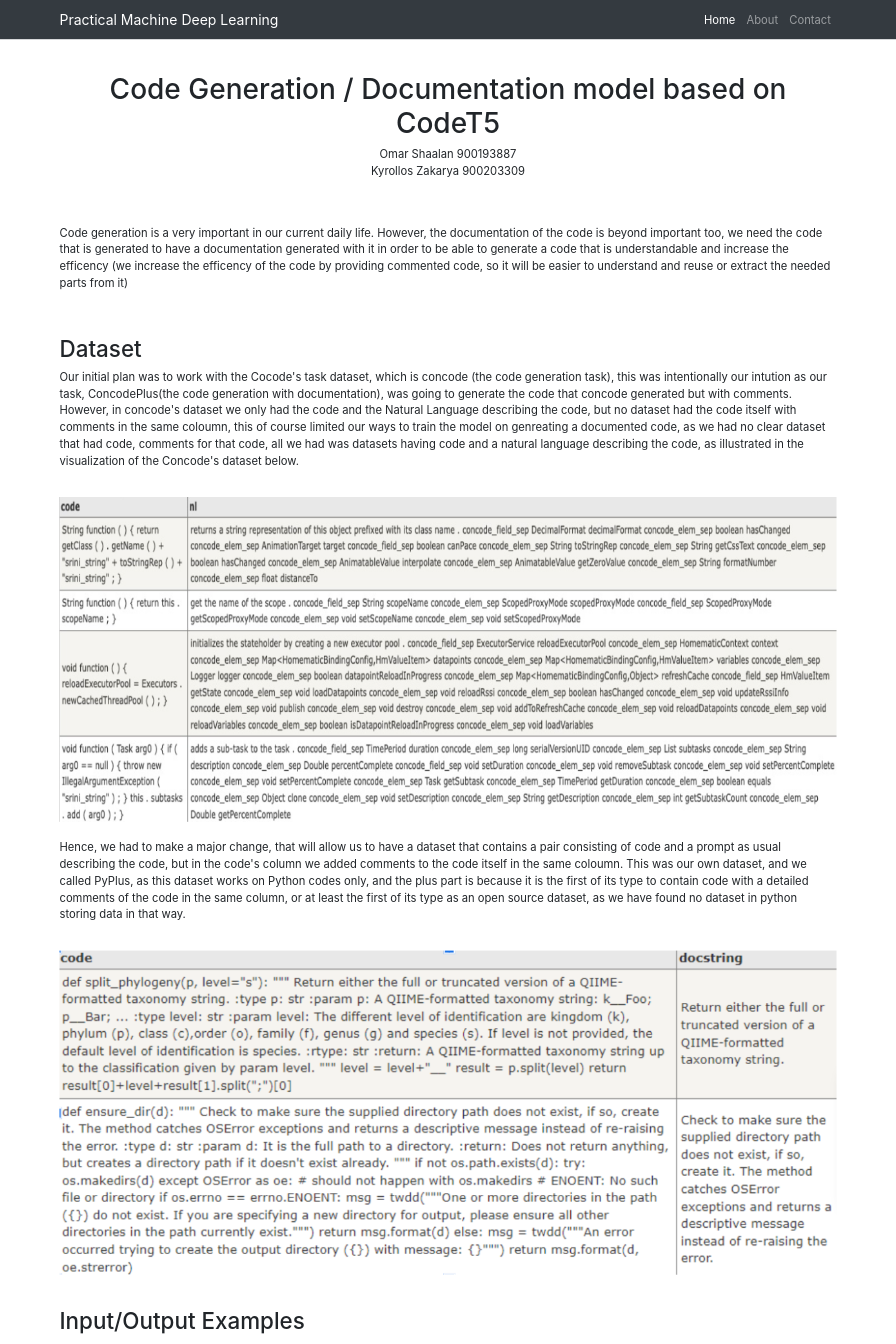
Repository: Shaalan-omar/ConcodePlus
Page: team-specific/index.html
The author's editor kept a copy of each file at every save. The page is drawn from the files as they stood at one save, then again after the next save.
The browser window is 1280 px wide. The pictures show the part of the page from y = 0 to 1920 px (the page is 7593 px tall), at 70% of full size.

Above is the page before, as saved 2023-05-14 00:50:51.

### team-specific/index.html
<!DOCTYPE html>
<html lang="en">

<head>

  <meta charset="utf-8">
  <meta name="viewport" content="width=device-width, initial-scale=1, shrink-to-fit=no">
  <meta name="description" content="">
  <meta name="author" content="">

  <title>Code Generation / Documentation model based on CodeT5</title>

  <!-- Bootstrap core CSS -->
  <link href="../vendor/bootstrap/css/bootstrap.min.css" rel="stylesheet">

</head>

<body>

  <!-- Navigation -->
  <nav class="navbar navbar-expand-lg navbar-dark bg-dark static-top">
    <div class="container">
      <a class="navbar-brand" href="../home.html">Practical Machine Deep Learning</a>
      <button class="navbar-toggler" type="button" data-toggle="collapse" data-target="#navbarResponsive" aria-controls="navbarResponsive" aria-expanded="false" aria-label="Toggle navigation">
        <span class="navbar-toggler-icon"></span>
      </button>
      <div class="collapse navbar-collapse" id="navbarResponsive">
        <ul class="navbar-nav ml-auto">
          <li class="nav-item active">
            <a class="nav-link" href="../home.html">Home
              <span class="sr-only">(current)</span>
            </a>
          </li>
          <li class="nav-item">
            <a class="nav-link" href="../about.html">About</a>
          </li>
          <li class="nav-item">
            <a class="nav-link" href="../contact.html">Contact</a>
          </li>
        </ul>
      </div>
    </div>
  </nav>

  <!-- Page Content -->
  <div class="container">
    <div class="row">
      <div class="col-lg-12 text-center">
        <h1 class="mt-5">Code Generation / Documentation model based on CodeT5</h1>
        <ul class="list-unstyled">
          <li>Omar Shaalan 900193887</li>
          <li>Kyrollos Zakarya 900203309</li>
        </ul>
      </div>
    </div>


    <div class="row">
      <div class="col-lg-12 text-left">
        <h2 class="mt-5"></h2>
		<p>
			Code generation is a very important in our current daily life. However, the documentation of the code is beyond important too,
      we need the code that is generated to have a documentation generated with it in order to be able to generate a code that is understandable
      and increase the efficency (we increase the efficency of the code by providing commented code, so it will be easier to understand and reuse or extract the
       needed parts from it)
		</p>
      </div>
    </div>

    <div class="row">
      <div class="col-lg-12 text-left">
        <h2 class="mt-5">Dataset</h2>

        <p>
			Our initial plan was to work with the Cocode's task dataset, which is concode (the code generation task), this was intentionally our intution
      as our task, ConcodePlus(the code generation with documentation), was going to generate the code that concode generated but with comments. However,
      in concode's dataset we only had the code and the Natural Language describing the code, but no dataset had the code itself with comments in the same coloumn,
      this of course limited our ways
      to train the model on genreating a documented code, as we had no clear dataset that had code, comments for that code, all we had was datasets having code and
      a natural language describing the code, as illustrated in the visualization of the Concode's dataset below.
    </p>
    <br/> <!-- Empty Line before the image -->
    <div class="img-container" align="center"> <!-- Block parent element -->
        <img src="resources/images/concode.png" class="img-fluid text-center">
    </div>
    <br/> <!-- Empty Line after the image -->
<p>
  Hence, we had to make a major change, that will allow us to have a dataset that contains a pair consisting of code and a prompt as usual describing
      the code, but in the code's column we added comments to the code itself in the same coloumn.
      This was our own dataset, and we called PyPlus, as this dataset works on Python codes only, and the plus part is because it is the first of its
      type to contain code with a detailed comments of the code in the same column, or at least the first
      of its type as an open source dataset, as we have found no dataset in python storing data in that way.
</p>
<br/> <!-- Empty Line before the image -->
<div class="img-container" align="center"> <!-- Block parent element -->
    <img src="resources/images/dataset.png" class="img-fluid text-center">
</div>

      </div>
    </div>

    <div class="row">
      <div class="col-lg-12 text-left">
        <h2 class="mt-5">Input/Output Examples</h2>

        <h3>
			 Problem statement: -
        </h3>

		<br/> <!-- Empty Line before the image -->
	    <div class="img-container" align="center"> <!-- Block parent element -->
      		<img src="resources/images/Problem_Stat_1.png" class="img-fluid text-center">
    	</div>

    	<br/> <!-- Empty Line after the image -->

      <br/> <!-- Empty Line before the image -->
	    <div class="img-container" align="center"> <!-- Block parent element -->
      		<img src="resources/images/Problem_Stat_2.png" class="img-fluid text-center">
    	</div>

      <p class = "center">
        Feel the difference?
     </p>
     <br>
    </br>
    <h3>
      Output: -
    </h3>

      <br/> <!-- Empty Line before the image -->
	    <div class="img-container" align="center"> <!-- Block parent element -->
      		<img src="resources/images/output.png" class="img-fluid text-center">
    	</div>
    	<br/> <!-- Empty Line after the image -->
      </div>
    </div>


    <div class="row">
      <div class="col-lg-12 text-left">
        <h2 class="mt-5">State of the art (PARSEL)</h2>

        <p>
			SOTA models and their accuracies (tables are needed I believe):-
		</p>

		<br/> <!-- Empty Line before the image -->
	    <div class="img-container" align="center"> <!-- Block parent element -->
      		<img src="resources/images/parsel_1.png" class="img-fluid text-center">
    	</div>
    	<br/> <!-- Empty Line after the image -->

      <br/> <!-- Empty Line before the image -->
	    <div class="img-container" align="center"> <!-- Block parent element -->
      		<img src="resources/images/parsel_2.png" class="img-fluid text-center">
    	</div>
    	<br/> <!-- Empty Line after the image -->

      <br/> <!-- Empty Line before the image -->
	    <div class="img-container" align="center"> <!-- Block parent element -->
      		<img src="resources/images/parsel_3.png" class="img-fluid text-center">
    	</div>
    	<br/> <!-- Empty Line after the image -->
      </div>
    </div>

    <div class="row">
      <div class="col-lg-12 text-left">
        <h2 class="mt-5">Orignial Model from Literature LEFT LESA</h2>

        <p>
			Details about the model here, add your model images below
		</p>

		<br/> <!-- Empty Line before the image -->
	    <div class="img-container" align="center"> <!-- Block parent element -->
      		<img src="resources/images/model.png" class="img-fluid text-center">
    	</div>
    	<br/> <!-- Empty Line after the image -->
      </div>
    </div>

    <div class="row">
      <div class="col-lg-12 text-left">
        <h2 class="mt-5">Proposed Updates</h2>

        <p>
			Add all the model updates you made here, need as many images as you wish
		</p>

		<h5 class="mt-5">Update #1: Adding Reinforcement Learning</h5>
		<p>
			Give rewards when the generated documentation along with the code is correct and add negative rewards when the generation is not good.
		</p>
		<br/> <!-- Empty Line before the image -->
	    <div class="img-container" align="center"> <!-- Block parent element -->
      		<img src="resources/images/reinforcement.png" class="img-fluid text-center">
    	</div>
    	<br/> <!-- Empty Line after the image -->
      </div>
    </div>


    <div class="row">
      <div class="col-lg-12 text-left">
        <h2 class="mt-5">Results</h2>

        <p>
			LEFT lehad ma tet7asen Add your results here, add graphs and images to illustrate it.
			Compare your results to the original model and state of the art
		</p>

		<br/> <!-- Empty Line before the image -->
	    <div class="img-container" align="center"> <!-- Block parent element -->
      		<img src="resources/images/results.png" class="img-fluid text-center">
    	</div>
    	<br/> <!-- Empty Line after the image -->
      </div>
    </div>


    <div class="row">
      <div class="col-lg-12 text-left">
        <h2 class="mt-5">Technical report</h2>

        <p>
			LEft Here you will detail the details related to training, for example: Filled With KYRO
		</p>

	 	<ul>
		  <li>Programming framework</li>
		  <li>Training hardware i.e. colab or azure or anything else</li>
		  <li>Training time</li>
		  <li>Number of epochs</li>
		  <li>Time per epoch</li>
		  <li>Any other important detail or difficulties</li>
		</ul>
      </div>
    </div>

	<div class="row">
	  <div class="col-lg-12 text-left">
	    <h2 class="mt-5">Conclusion</h2>

	    <p>
			Conclusion and future work (including lessons learned and interesting findings
		</p>

	  </div>
	</div>

	<div class="row">
	  <div class="col-lg-12 text-left">
	    <h2 class="mt-5">References</h2>

	    <p>
	    	List all references here, the following are only examples
	    </p>

		<ol>
		  <li><a href="https://arxiv.org/pdf/2212.10561v2.pdf">Parsel Paper</a></li>
		  <li><a href="https://arxiv.org/pdf/2109.00859v1.pdf">CodeT5 PaperL</a></li>
		  <li><a href="http://www.google.com">Dataset Link LEFT need to upload it to github</a></li>
		</ol>
	  </div>
	</div>

  </div>



  <!-- Bootstrap core JavaScript -->
  <script src="../vendor/jquery/jquery.slim.min.js"></script>
  <script src="../vendor/bootstrap/js/bootstrap.bundle.min.js"></script>

</body>

</html>

Loaded but not shown: vendor/bootstrap/css/bootstrap.min.css (library); vendor/jquery/jquery.slim.min.js (library); vendor/bootstrap/js/bootstrap.bundle.min.js (library)

After the next save:
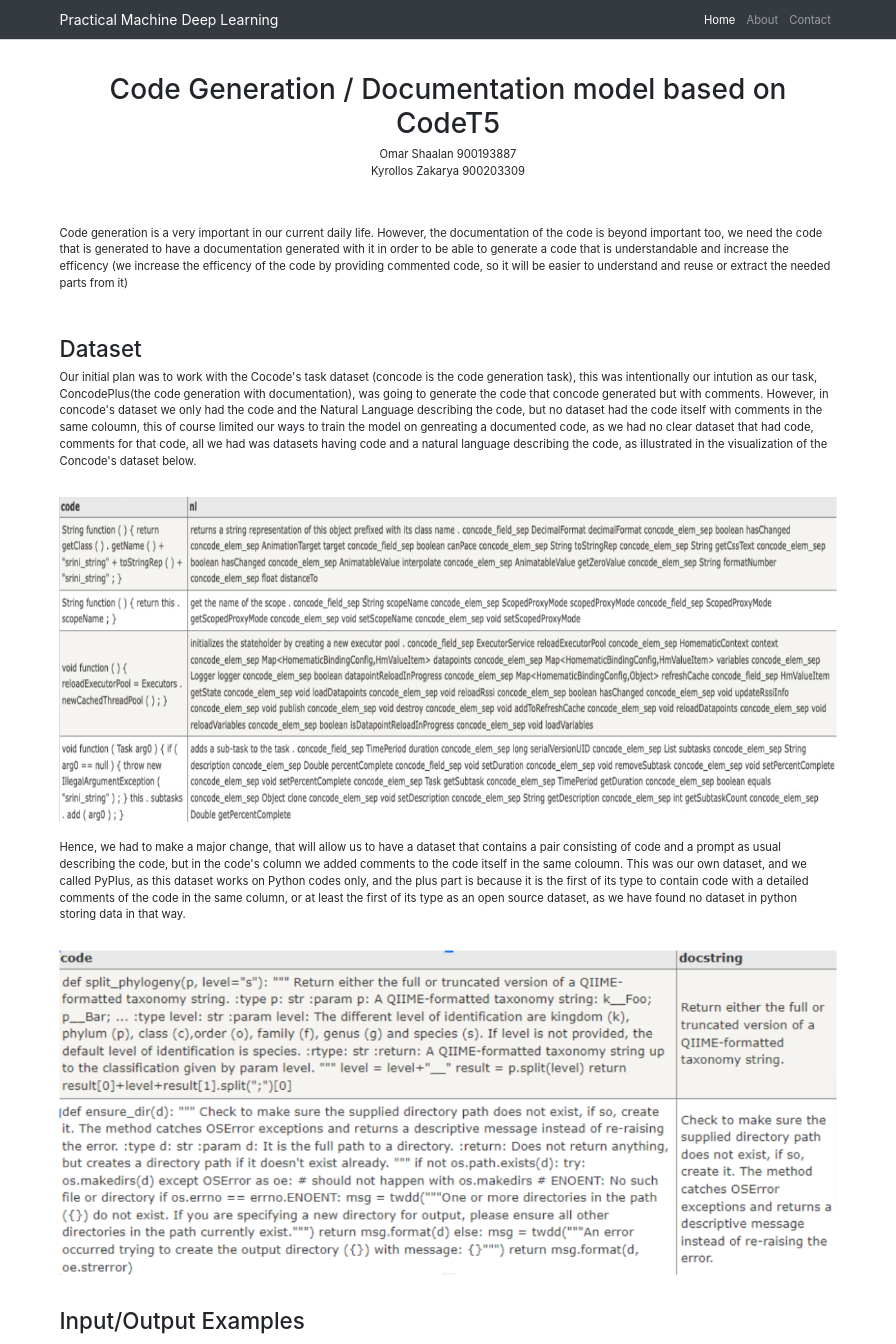
Saved 42 s later.
--- a/team-specific/index.html
+++ b/team-specific/index.html
@@ -72,7 +72,7 @@
         <h2 class="mt-5">Dataset</h2>
 
         <p>
-			Our initial plan was to work with the Cocode's task dataset, which is concode (the code generation task), this was intentionally our intution
+			Our initial plan was to work with the Cocode's task dataset (concode is the code generation task), this was intentionally our intution
       as our task, ConcodePlus(the code generation with documentation), was going to generate the code that concode generated but with comments. However,
       in concode's dataset we only had the code and the Natural Language describing the code, but no dataset had the code itself with comments in the same coloumn,
       this of course limited our ways
